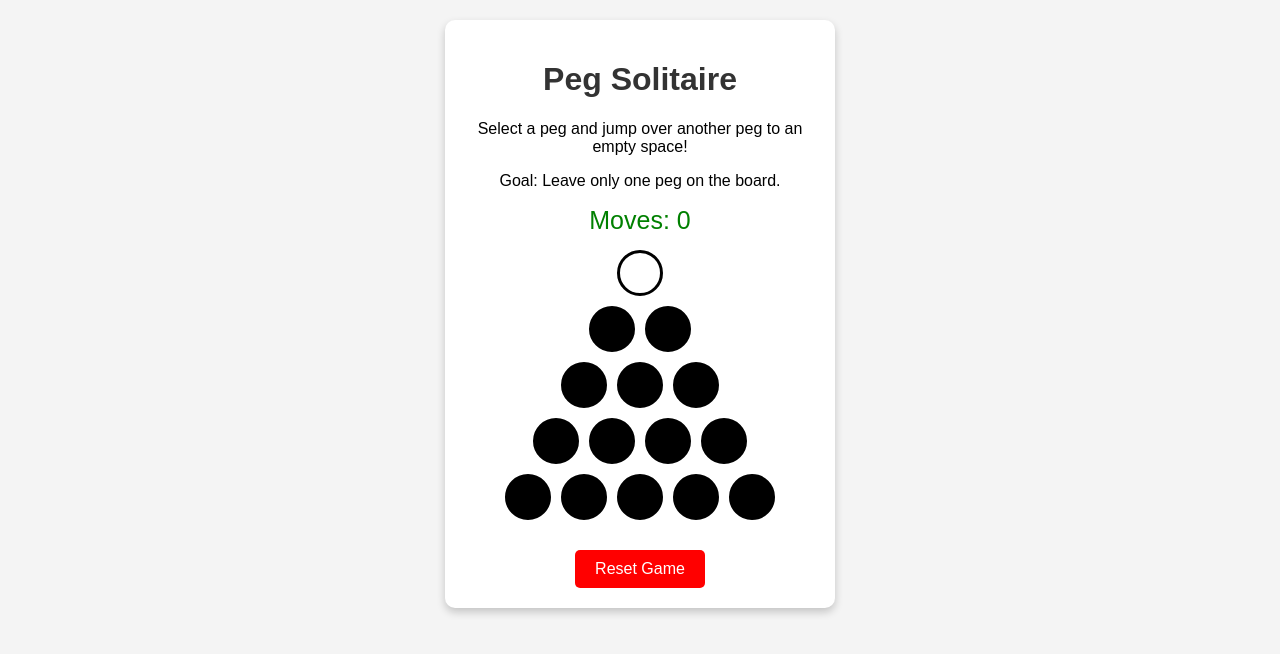
Repository: Yash19075/Mathematical-Peg-game
Page: Peg-game.html
These files come from the project's save history. The page is drawn as it stood at one moment and after the next save; the edit follows.
The browser window is 1280 px wide. The pictures show the whole page.

Above is the page before, as saved 2025-03-19 11:10:07.

### Peg-game.html
<!DOCTYPE html>
<html lang="en">
<head>
    <meta charset="UTF-8">
    <meta name="viewport" content="width=device-width, initial-scale=1.0">
    <title>Peg Solitaire</title>
    <link rel="stylesheet" href="Peg-game.css">
</head>
<body>

    <div class="container">
        <h1>Peg Solitaire</h1>
        <p>Select a peg and jump over another peg to an empty space!</p>
        <p>Goal: Leave only one peg on the board.</p>

        <div class="move-counter">Moves: 0</div>

        <div class="peg-board">
            <div class="row">
                <div class="peg" onclick="selectPeg(event)"></div>
            </div>
            <div class="row">
                <div class="peg" onclick="selectPeg(event)"></div>
                <div class="peg" onclick="selectPeg(event)"></div>
            </div>
            <div class="row">
                <div class="peg" onclick="selectPeg(event)"></div>
                <div class="peg" onclick="selectPeg(event)"></div>
                <div class="peg" onclick="selectPeg(event)"></div>
            </div>
            <div class="row">
                <div class="peg" onclick="selectPeg(event)"></div>
                <div class="peg" onclick="selectPeg(event)"></div>
                <div class="peg" onclick="selectPeg(event)"></div>
                <div class="peg" onclick="selectPeg(event)"></div>
            </div>
            <div class="row">
                <div class="peg" onclick="selectPeg(event)"></div>
                <div class="peg" onclick="selectPeg(event)"></div>
                <div class="peg" onclick="selectPeg(event)"></div>
                <div class="peg" onclick="selectPeg(event)"></div>
                <div class="peg" onclick="selectPeg(event)"></div>
            </div>
        </div>
        <div class="Result"></div>
        <button id="reset-btn" onclick="resetGame()">Reset Game</button>
    </div>

    <script src="Peg-game.js"></script>
</body>
</html>

### Peg-game.css
body {
    font-family: Arial, sans-serif;
    text-align: center;
    background-color: #f4f4f4;
}

.container {
    margin: 20px auto;
    width: 350px;
    background: white;
    padding: 20px;
    border-radius: 10px;
    box-shadow: 0 4px 8px rgba(0, 0, 0, 0.2);
}

h1 {
    color: #333;
}

.peg-board {
    display: flex;
    flex-direction: column;
    align-items: center;
    margin-top: 10px;
}

.row {
    display: flex;
    justify-content: center;
}

.peg {
    width: 40px;
    height: 40px;
    margin: 5px;
    background-color: white;
    border: 3px solid black;
    border-radius: 50%;
    cursor: pointer;
}

.peg:hover {
    background-color: lightgray;
}

#reset-btn {
    margin-top: 25px;
    padding: 10px 20px;
    font-size: 16px;
    background-color: red;
    color: white;
    border: none;
    cursor: pointer;
    border-radius: 5px;
}

#reset-btn:hover {
    background-color: darkred;
}

.move-counter {
    font-size: 25px;
    margin-top: 15px;
    margin-bottom: 0px;
    color: green;
}

.Result{
    font-size: 30px;
    font-weight: bold;
}

### Peg-game.js
let peg = [
    [0],
    [1,1],
    [1,1,1],
    [1,1,1,1],
    [1,1,1,1,1]
];
var moves = [];
for(let r = 0; r<20;r++)
{
    moves[r] = [];
}

let pegs = document.querySelectorAll(".peg");
// console.log(pegs);
let index = 0;
for(let i = 0; i< peg.length; i++)
{
    for(let j = 0; j < peg[i].length; j++)
        {
            if(peg[i][j] == 1)
            {
                pegs[index].style.backgroundColor = "black";
            }
            // console.log(`Peg at (${i}, ${j}): ${peg[i][j]}`);
            pegs[index].dataset.row = i;
            pegs[index].dataset.col = j;
            index++;
        }
}

// for (let peg of pegs) {
//     console.log(`Peg at index ${peg.dataset.row}, ${peg.dataset.col}`);
// }
let countMoves = 0;
let selectedPeg;
function selectPeg(event)
{
    // console.log("👉 CLICKED ELEMENT:", event.target);
    // console.log("🔍 DATASET:", event.target.dataset);
    let moveCount;
    let selected = event.target;
    let rowNO = parseInt(selected.dataset.row);
    let colNO = parseInt(selected.dataset.col);
    // console.log("🔍 DATASET:", rowNO ,colNO);
    if (selected.style.backgroundColor === "green" ) return;
    // console.log(`Selected ${rowNO}, ${colNO}`);
    // console.log(`The value of peg is ${peg[rowNO][colNO]}`);
    moveCount = validMoves(rowNO,colNO);
    if(selectedPeg == selected)
    {
        selectedPeg = null;
        return;
    }
    selectedPeg = selected;
    // console.log("Selected peg is ", selectedPeg);
    // console.log(moves)
    // if(moveCount === 0)
    //     alert("No moves");
    for(let i = 0; i<moveCount;i++)
    {
        let target_row = moves[i][2];
        let target_col = moves[i][3];
        let index2 = move_to_index(target_row,target_col);
        pegs[index2].style.backgroundColor = "green";
        pegs[index2].addEventListener("click", movePeg)
    }
    // movePeg();
}

function movePeg(event) {
    // console.log("Selected peg is ", selectedPeg);
    let targeted = event.target;
    let targetRowNO = parseInt(targeted.dataset.row);
    let targetColNO = parseInt(targeted.dataset.col);

    let selectedRowNo = parseInt(selectedPeg.dataset.row);
    let selectedColNo = parseInt(selectedPeg.dataset.col);

    let midRowNo = (targetRowNO + selectedRowNo) / 2;
    let midColNo =(targetColNO + selectedColNo) / 2;

    if (peg[midRowNo][midColNo] == 0 || peg[targetRowNO][targetColNO] == 1 || peg[selectedRowNo][selectedColNo] == 0) {
        // console.log("Invalid move: Check peg positions.");
        return;
    }

    let selectedIndex = move_to_index(selectedRowNo, selectedColNo);
    let targetIndex = move_to_index(targetRowNO, targetColNO);
    let middleIndex = move_to_index(midRowNo, midColNo);

    peg[targetRowNO][targetColNO] = 1;
    peg[midRowNo][midColNo] = 0;
    peg[selectedRowNo][selectedColNo] = 0;

    // console.log(`Selected Peg: peg[${selectedRowNo}][${selectedColNo}] = ${peg[selectedRowNo][selectedColNo]}`);
    // console.log(`Mid Peg: peg[${midRowNo}][${midColNo}] = ${peg[midRowNo][midColNo]}`);
    // console.log(`Target Peg: peg[${targetRowNO}][${targetColNO}] = ${peg[targetRowNO][targetColNO]}`);

    // console.log(`move_to_index(${selectedRowNo}, ${selectedColNo}) = ${selectedIndex}`);
    // console.log(`move_to_index(${midRowNo}, ${midColNo}) = ${middleIndex}`);
    // console.log(`move_to_index(${targetRowNO}, ${targetColNO}) = ${targetIndex}`);
    // console.log(`selectedIndex: ${selectedIndex}, middleIndex: ${middleIndex}, targetIndex: ${targetIndex}`);
    // console.log(peg)

    pegs[selectedIndex].style.backgroundColor = "white";
    pegs[middleIndex].style.backgroundColor = "white";
    pegs[targetIndex].style.backgroundColor = "black";
    countMoves++;
    document.querySelector(".move-counter").innerHTML = `Moves: ${countMoves}`;


    pegs.forEach(peg => {
        if (peg.style.backgroundColor === "green") {
            peg.style.backgroundColor = "white";
            peg.removeEventListener("click", movePeg);
        }
    });

    selectedPeg = null;
    gameover();
}

function move_to_index(i,j)
{
    let index1 = (i*(i+1)/2)+j;
    return index1;
}


function validMoves(row, col) {
    var count = 0;
    moves = [];

    var target_r = row - 2;
    if (target_r >= 0 && peg[target_r][col] == 0 && peg[row - 1][col] == 1) {
        moves[count] = [row, col, target_r, col];
        count++;
    }

    if (target_r >= 0 && col - 2 >= 0 && peg[target_r][col - 2] == 0 && peg[row - 1][col - 1] == 1) {
        moves[count] = [row, col, target_r, col - 2];
        count++;
    }

    var backward_r = row + 2;
    if (backward_r < peg.length && peg[backward_r][col] == 0 && peg[row + 1][col] == 1) {
        moves[count] = [row, col, backward_r, col];
        count++;
    }

    if (backward_r < peg.length && col + 2 <= backward_r && peg[backward_r][col + 2] == 0 && peg[row + 1][col + 1] == 1) {
        moves[count] = [row, col, backward_r, col + 2];
        count++;
    }

    var backward_c = col - 2;
    if (backward_c >= 0 && peg[row][backward_c] == 0 && peg[row][col - 1] == 1) {
        moves[count] = [row, col, row, backward_c];
        count++;
    }

    var forward_c = col + 2;
    if (forward_c <= row && peg[row][forward_c] == 0 && peg[row][col + 1] == 1) {
        moves[count] = [row, col, row, forward_c];
        count++;
    }

    return count;
}

function resetGame() {
    peg = [
        [0],
        [1,1],
        [1,1,1],
        [1,1,1,1],
        [1,1,1,1,1]
    ];

    let index = 0;
    for (let i = 0; i < peg.length; i++) {
        for (let j = 0; j < peg[i].length; j++) {
            pegs[index].dataset.row = i;
            pegs[index].dataset.col = j;
            if (peg[i][j] === 1) {
                pegs[index].style.backgroundColor = "black";
            } else {
                pegs[index].style.backgroundColor = "white";
            }
            index++;
        }
    }
    document.querySelector(".Result").innerHTML = "";
    selectedPeg = null;
}

function gameover()
{
    let pegCount = 0
    let hasMoves = false;
    for (let i = 0; i < peg.length; i++) {
        for (let j = 0; j < peg[i].length; j++) {
            if (peg[i][j] === 1) {
                pegCount++;
                if (validMoves(i, j) > 0) {
                    hasMoves = true; // There's at least one valid move
                }
            }
        }
    }
    if(pegCount == 1)
    {
        document.querySelector(".Result").innerHTML = "You won";
        document.querySelector(".Result").style.color = "Green";
    }
    else if (!hasMoves)
    {
        document.querySelector(".Result").innerHTML = "You lost";
        document.querySelector(".Result").style.color = "Red";
    }
}

After the next save:
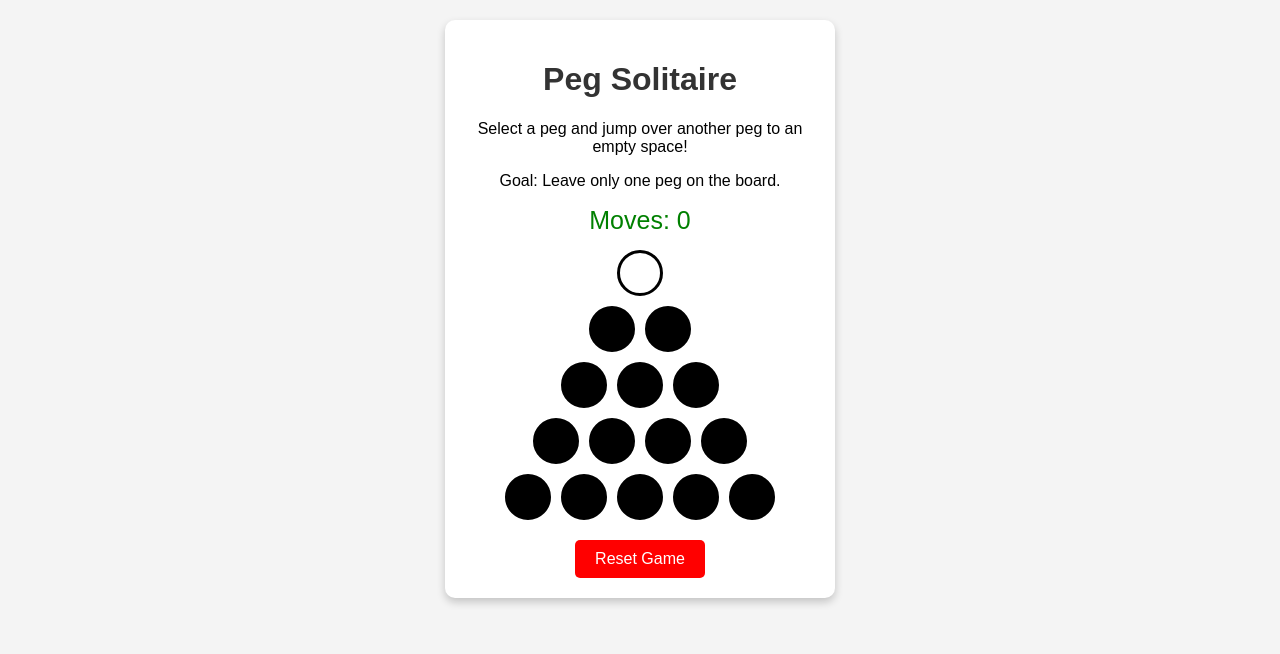
Saved 5 s later.
--- a/Peg-game.css
+++ b/Peg-game.css
@@ -44,7 +44,7 @@ h1 {
 }
 
 #reset-btn {
-    margin-top: 25px;
+    margin-top: 15px;
     padding: 10px 20px;
     font-size: 16px;
     background-color: red;
